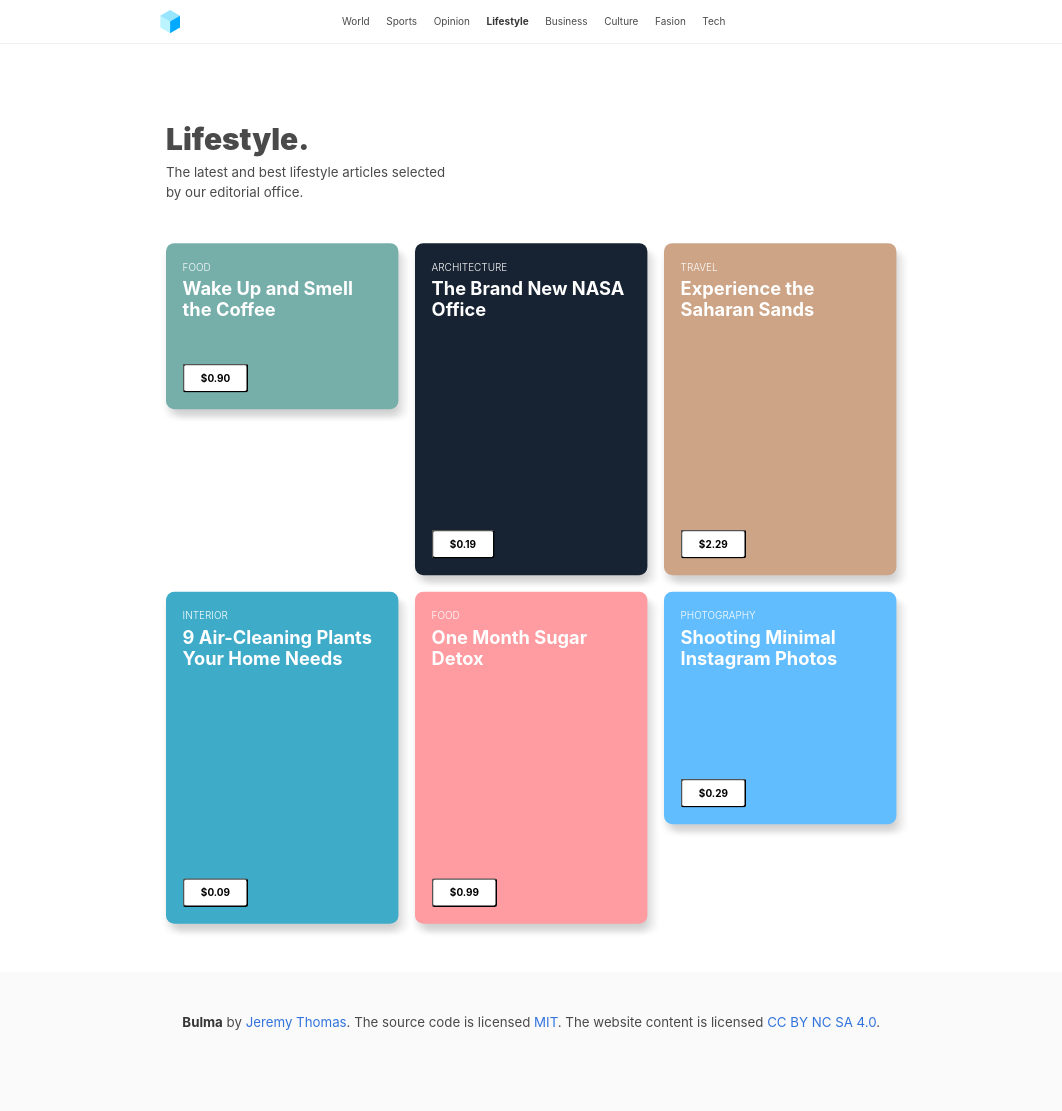
Repository: DOODpls/js_ass1
Page: index.html
An editor plug-in stored every save of this project. The page is shown before and after the next save, followed by the edit.
The browser window is 1280 px wide. The pictures show the whole page, at 83% of full size.

Above is the page before, as saved 2019-11-22 19:11:57.

### index.html
<!DOCTYPE html>
<html>
<head>
    <title></title>
    <link rel="stylesheet" href="https://cdnjs.cloudflare.com/ajax/libs/bulma/0.7.5/css/bulma.min.css" integrity="sha256-vK3UTo/8wHbaUn+dTQD0X6dzidqc5l7gczvH+Bnowwk=" crossorigin="anonymous" />
    <link rel="stylesheet" type="text/css" href="./styles.css">
</head>
<body>

    <nav class="navbar">
        <div class="container">
            <div class="logo"></div>
            <ul>
                <li>World</li>
                <li>Sports</li>
                <li>Opinion</li>
                <li><strong>Lifestyle</strong></li>
                <li>Business</li>
                <li>Culture</li>
                <li>Fasion</li>
                <li>Tech</li>
            </ul>
            <span class="icon">
              <i class="ion-ionic" style='color: black; background: black;'></i>
            </span>
        </div>
    </nav>

    <section class="section">
        <div class="container">
            <div style='margin: 40px 10px 40px'>
                <h1>Lifestyle.</h1>
                <p>The latest and best lifestyle articles selected<br/>
                    by our editorial office.
                </p>
            </div>
        </div>
        <div class="container">
            <div class='card-row' id='content'></div>
        </div>
    </section>

    <footer class="footer">
        <div class="content has-text-centered">
            <p>
                <strong>Bulma</strong> by <a href="https://jgthms.com">Jeremy Thomas</a>. The source code is licensed
                <a href="http://opensource.org/licenses/mit-license.php">MIT</a>. The website content
                is licensed <a href="http://creativecommons.org/licenses/by-nc-sa/4.0/">CC BY NC SA 4.0</a>.
            </p>
        </div>
    </footer>

    <script type="text/javascript" src='./app.js'></script>
</body>
</html>

### styles.css
/* - - - - - - - - - - - - - - - - - - - - - - - - - - - - - -
GENERAL
- - - - - - - - - - - - - - - - - - - - - - - - - - - - - - */
h1 {
    font-size: 36px;
    font-weight: 900;
}

.container {
    max-width: 900px;
}

/* - - - - - - - - - - - - - - - - - - - - - - - - - - - - - -
NAV
- - - - - - - - - - - - - - - - - - - - - - - - - - - - - - */
nav {
    border-bottom: 1px solid #ededed;
}

.navbar > .container {
    display: flex;
    align-items: center;
    justify-content: space-between;
}

nav .container ul {
    display: flex;
}

nav .container ul li {
    margin: 0 10px;
    font-size: 12px;
}

.logo {
    background: url('./img/logo.svg');
    background-size: 24px;
    background-position: center;
    background-repeat: no-repeat;

    height: 30px;
    width: 30px;
}

@media (max-width: 600px) {
    nav .container {
        padding: 0 30px;
    }

    nav .container ul {
        display: none;
    }
}

/* TILES */
.card-row {
    display: flex;
    flex-wrap: wrap;
}

.card {
    height: 280px;
    border-radius: 10px;
    background: rgba(23, 35, 50, 1);
    flex: 1 230px;
    margin: 10px;
    padding: 20px;
    position: relative;
    box-shadow: 2px 8px 9px 0px rgba(0, 0, 0, 0.14),
        11px 11px 6px rgba(0, 0, 0, 0.05);
}

.card .buy-button {
    position: absolute;
    bottom: 20px;
    left: 20px;
    background: white;
    color: black;
    border-radius: 4px;
    padding: 8px 20px;
    font-size: 12px;
    font-weight: 700;
}

.card .topic {
    color: white;
    font-weight: 300;
    font-size: 12px;
    text-transform: uppercase;
    margin-bottom: 5px;
}
.card .title {
    color: white;
    font-weight: 700;
    font-size: 22px;
}

### app.js
const green = 'rgba(118,174, 170, 1)'
const black = 'rgba(23,35, 50, 1)'
const brown = 'rgba(205,164, 133, 1)'
const greenblue = 'rgba(62,171, 201, 1)'
const pink = 'rgba(254,156, 161, 1)'
const blue = 'rgba(98,189, 254, 1)'

const data = [
    {
        topic: 'Food',
        title: 'Wake Up and Smell the Coffee',
        price: '$0.90',
        color: green
    },
    {
        topic: 'Architecture',
        title: 'The Brand New NASA Office',
        price: '$0.19',
        color: black
    },
    {
        topic: 'Travel',
        title: 'Experience the Saharan Sands',
        price: '$2.29',
        color: brown
    },
    {
        topic: 'Interior',
        title: '9 Air-Cleaning Plants Your Home Needs',
        price: '$0.09',
        color: greenblue
    },
    {
        topic: 'Food',
        title: 'One Month Sugar Detox',
        price: '$0.99',
        color: pink
    },
    {
        topic: 'Photography',
        title: 'Shooting Minimal Instagram Photos',
        price: '$0.29',
        color: blue
    }
]

// Instructions
// Take the data above and display it as tiles on the page
        //tried to do sort, but i suck
        // const button1 = document.querySelector('body section .container')
        // const btn1 = document.createElement('button')
        // btn1.className= 'buy-button'
        // btn1.id = "butt1"
        // button1.appendChild(btn1)

        // function sort1(){
        //     data.sort((a, b) => (a.topic > b.topic) ? 1 : -1)
        // }

        // const button2 = document.querySelector('#butt1')
        // button2.addEventListener('click', function(event) {
        //     sort1()
        // })

    for(i=0; i<data.length; i++){
        let heig


        const tilers = document.querySelector('#content')
        const divr = document.createElement('div')
        divr.className= 'card'
        divr.style.backgroundColor = data[i].color
        divr.style.height = heig
        divr.id = 'divtile'+ i
        tilers.appendChild(divr)
        if(i == 0){
          divr.style.width = "400px"
          divr.style.height = "200px"
        } else if(i == 5) {
          divr.style.width = "400px"
          divr.style.width = "200px"
        } else {
          divr.style.height = "400px"
          divr.style.width = "100px"
        }
        const p1 = document.querySelector('#divtile'+i)
        const pr1 = document.createElement('p')
        pr1.textContent = data[i].topic
        pr1.className= 'topic'
        p1.appendChild(pr1)

        const p2 = document.querySelector('#divtile'+i)
        const pr2 = document.createElement('p')
        pr2.textContent = data[i].title
        pr2.className= 'title'
        p2.appendChild(pr2)

        const btn1 = document.querySelector('#divtile'+i)
        const btr2 = document.createElement('button')
        btr2.textContent = data[i].price
        btr2.className= 'buy-button'
        btn1.appendChild(btr2)
    }

    // data.forEach(function(item)
    // {
    //     const tilers = document.querySelector('#content')
    //     const divr = document.createElement('div')
    //     divr.className = 'card'
    //     divr.style.backgroundColor = item.color
    //     tilers.appendChild(divr)

    //     const pr1 = document.createElement('p')
    //     pr1.textContent = item.topic
    //     pr1.className= 'topic'
    //     divr.appendChild(pr1)

    //     const pr2 = document.createElement('p')
    //     pr2.textContent = item.title
    //     pr2.className= 'title'
    //     divr.appendChild(pr2)

    //     const btr2 = document.createElement('button')
    //     btr2.textContent = item.price
    //     btr2.className= 'buy-button'
    //     divr.appendChild(btr2)
    // })


    //this one also works lolllll
    // data.forEach(function(items)
    // {
    // //   document.getElementById('content').innerHTML += '<div class="card" style="background-color:'+items.color+'"><p class="topic">'+items.topic+'</p><p class="title">'+items.title+'</p><button class="buy-button">'+items.price+'</button></div>';
    // })

After the next save:
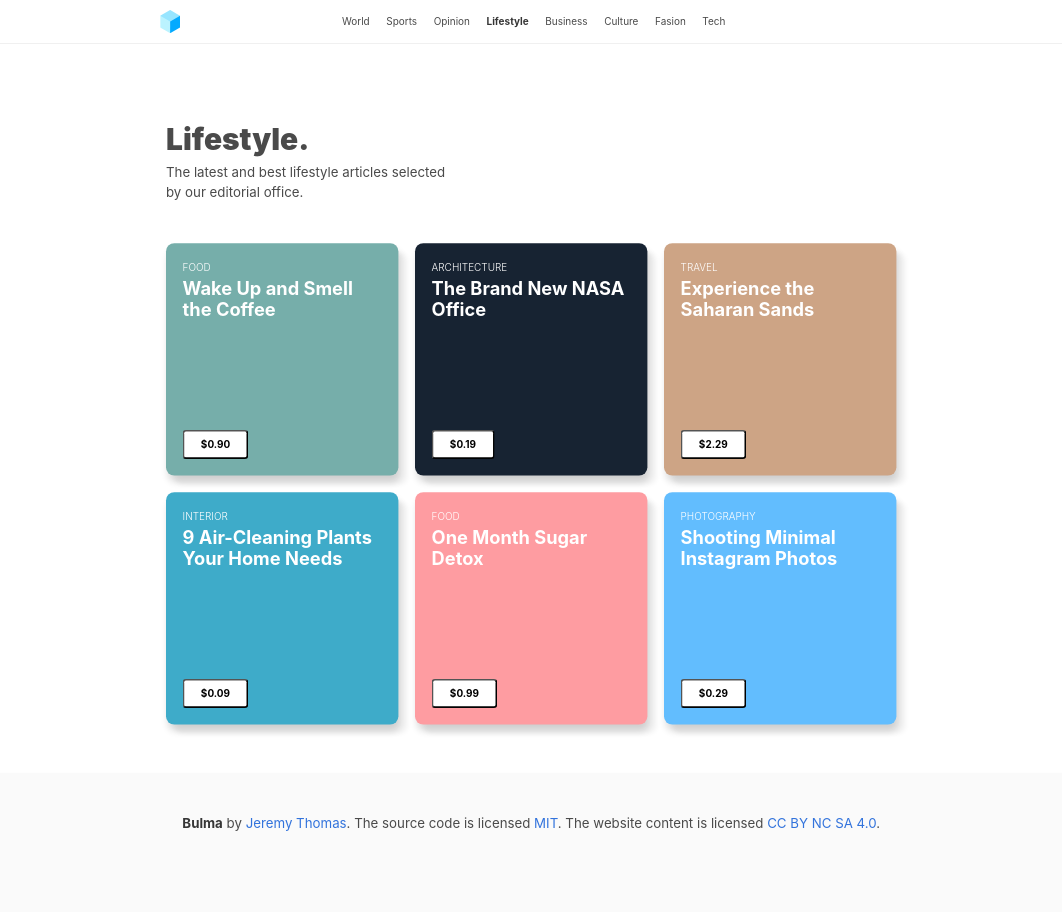
Saved 33 s later.
--- a/app.js
+++ b/app.js
@@ -62,69 +62,63 @@ const data = [
         //     sort1()
         // })
 
-    for(i=0; i<data.length; i++){
-        let heig
+    // for(i=0; i<data.length; i++){
+    //     let heig
+    //     if(i % 2 == 0){
+    //         heig = '500px'
+    //     }
 
+    //     const tilers = document.querySelector('#content')
+    //     const divr = document.createElement('div')
+    //     divr.className= 'card'
+    //     divr.style.backgroundColor = data[i].color
+    //     divr.style.flex = heig
+    //     divr.id = 'divtile'+ i
+    //     tilers.appendChild(divr)
+
+    //     const p1 = document.querySelector('#divtile'+i)
+    //     const pr1 = document.createElement('p')
+    //     pr1.textContent = data[i].topic
+    //     pr1.className= 'topic'
+    //     p1.appendChild(pr1)
+
+    //     const p2 = document.querySelector('#divtile'+i)
+    //     const pr2 = document.createElement('p')
+    //     pr2.textContent = data[i].title
+    //     pr2.className= 'title'
+    //     p2.appendChild(pr2)
+
+    //     const btn1 = document.querySelector('#divtile'+i)
+    //     const btr2 = document.createElement('button')
+    //     btr2.textContent = data[i].price
+    //     btr2.className= 'buy-button'
+    //     btn1.appendChild(btr2)
+    // }
+
+    data.forEach(function(item)
+    {
 
         const tilers = document.querySelector('#content')
         const divr = document.createElement('div')
-        divr.className= 'card'
-        divr.style.backgroundColor = data[i].color
-        divr.style.height = heig
-        divr.id = 'divtile'+ i
+        divr.className = 'card'
+        divr.style.backgroundColor = item.color
         tilers.appendChild(divr)
-        if(i == 0){
-          divr.style.width = "400px"
-          divr.style.height = "200px"
-        } else if(i == 5) {
-          divr.style.width = "400px"
-          divr.style.width = "200px"
-        } else {
-          divr.style.height = "400px"
-          divr.style.width = "100px"
-        }
-        const p1 = document.querySelector('#divtile'+i)
+
         const pr1 = document.createElement('p')
-        pr1.textContent = data[i].topic
+        pr1.textContent = item.topic
         pr1.className= 'topic'
-        p1.appendChild(pr1)
+        divr.appendChild(pr1)
 
-        const p2 = document.querySelector('#divtile'+i)
         const pr2 = document.createElement('p')
-        pr2.textContent = data[i].title
+        pr2.textContent = item.title
         pr2.className= 'title'
-        p2.appendChild(pr2)
+        divr.appendChild(pr2)
 
-        const btn1 = document.querySelector('#divtile'+i)
         const btr2 = document.createElement('button')
-        btr2.textContent = data[i].price
+        btr2.textContent = item.price
         btr2.className= 'buy-button'
-        btn1.appendChild(btr2)
-    }
-
-    // data.forEach(function(item)
-    // {
-    //     const tilers = document.querySelector('#content')
-    //     const divr = document.createElement('div')
-    //     divr.className = 'card'
-    //     divr.style.backgroundColor = item.color
-    //     tilers.appendChild(divr)
-
-    //     const pr1 = document.createElement('p')
-    //     pr1.textContent = item.topic
-    //     pr1.className= 'topic'
-    //     divr.appendChild(pr1)
-
-    //     const pr2 = document.createElement('p')
-    //     pr2.textContent = item.title
-    //     pr2.className= 'title'
-    //     divr.appendChild(pr2)
-
-    //     const btr2 = document.createElement('button')
-    //     btr2.textContent = item.price
-    //     btr2.className= 'buy-button'
-    //     divr.appendChild(btr2)
-    // })
+        divr.appendChild(btr2)
+    })
 
 
     //this one also works lolllll
